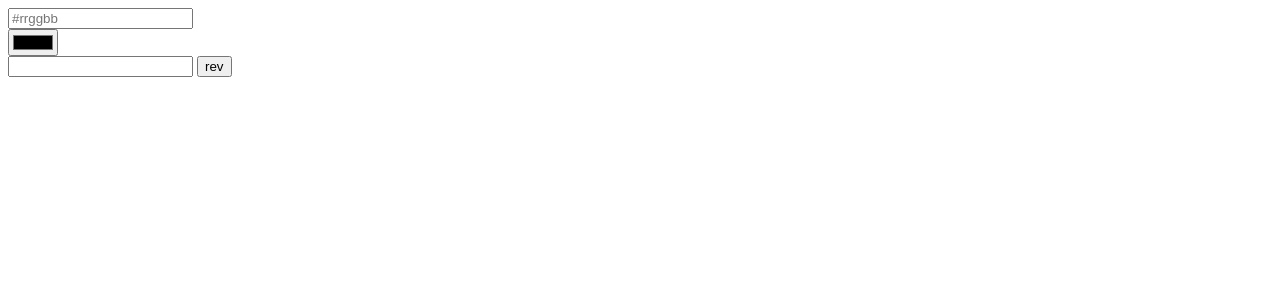
Repository: Micheal11/ReverseStringAssignment
Page: src/MyWidget/widget/template/MyWidget.html
The author's editor kept a copy of each file at every save. The page is drawn from the files as they stood at one save, then again after the next save.
The browser window is 1280 px wide. The pictures show the whole page.

Above is the page before, as saved 2017-07-14 11:35:59.

After the next save:
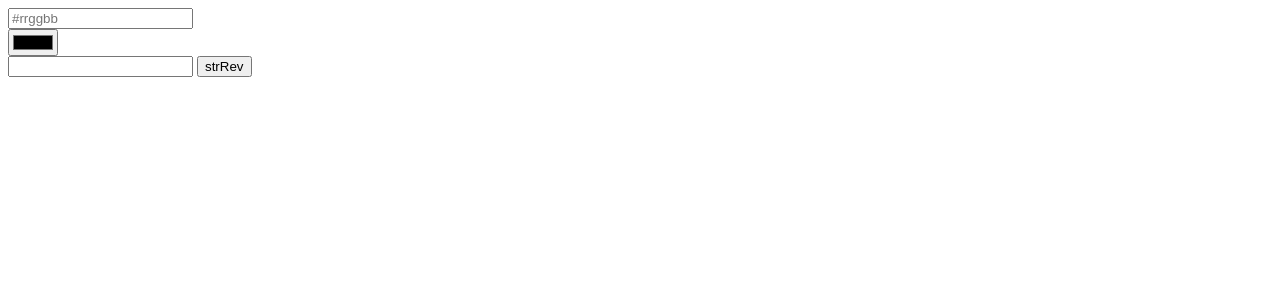
Saved 6 s later.
--- a/src/MyWidget/widget/template/MyWidget.html
+++ b/src/MyWidget/widget/template/MyWidget.html
@@ -5,7 +5,7 @@
             <div class="input-group-addon"><input type="color" data-dojo-attach-point="colorSelectNode"></div>
         </div>
 		<input type = "text" class = "pointing" data-dojo-attach-point = "strRev">
-		<input type = "button" data-dojo-attach-event = "onClick: revMethod" value = "rev">
+		<input type = "button" data-dojo-attach-event = "onClick: reversedString" value = "strRev">
     </form>
     <div class="widgetname-infoTextNode" data-dojo-attach-point="infoTextNode" />
 </div>
